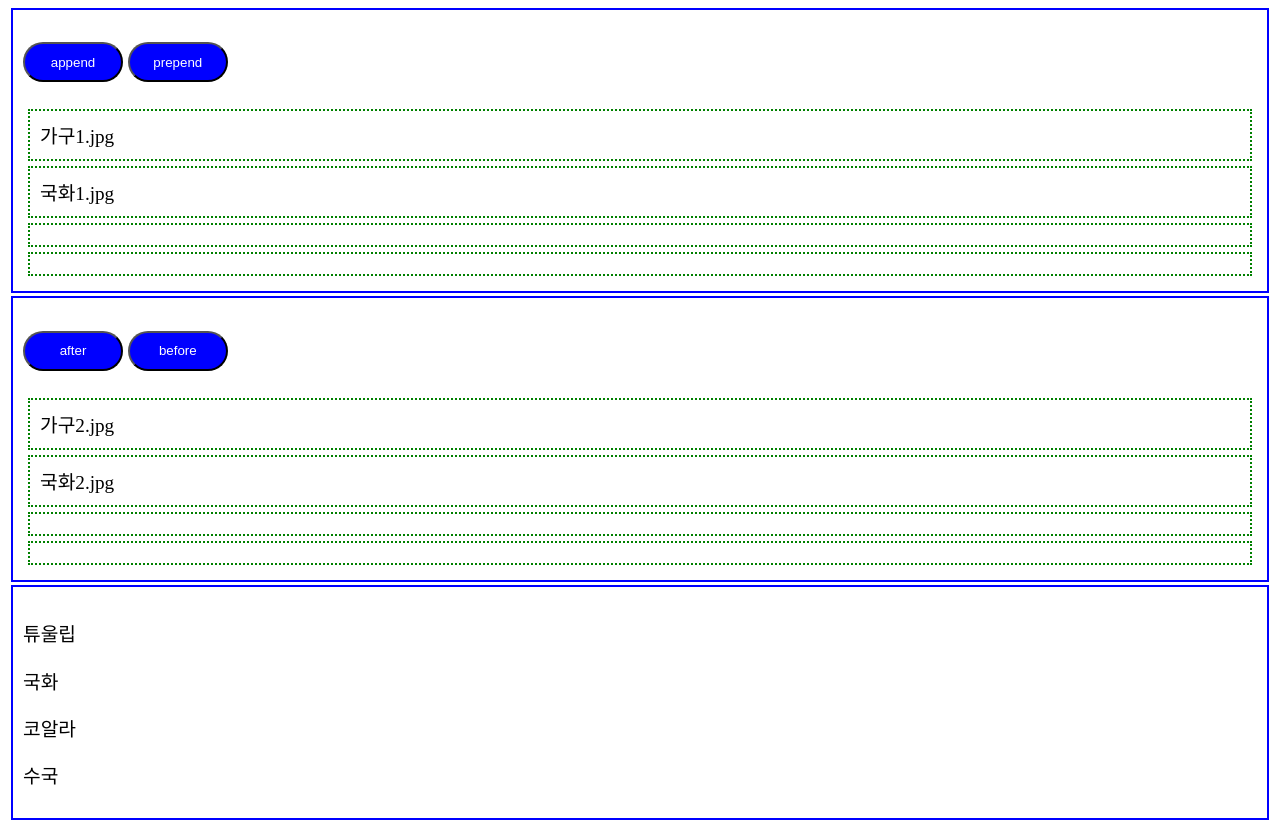
Repository: patternlobe-stack/MY_repository
Page: webpro/src/main/webapp/0916/추가메소드.html
An editor plug-in stored every save of this project. The page is shown before and after the next save, followed by the edit.
The browser window is 1280 px wide. The pictures show the whole page.

Above is the page before, as saved 2025-09-16 06:05:11.

After the next save:
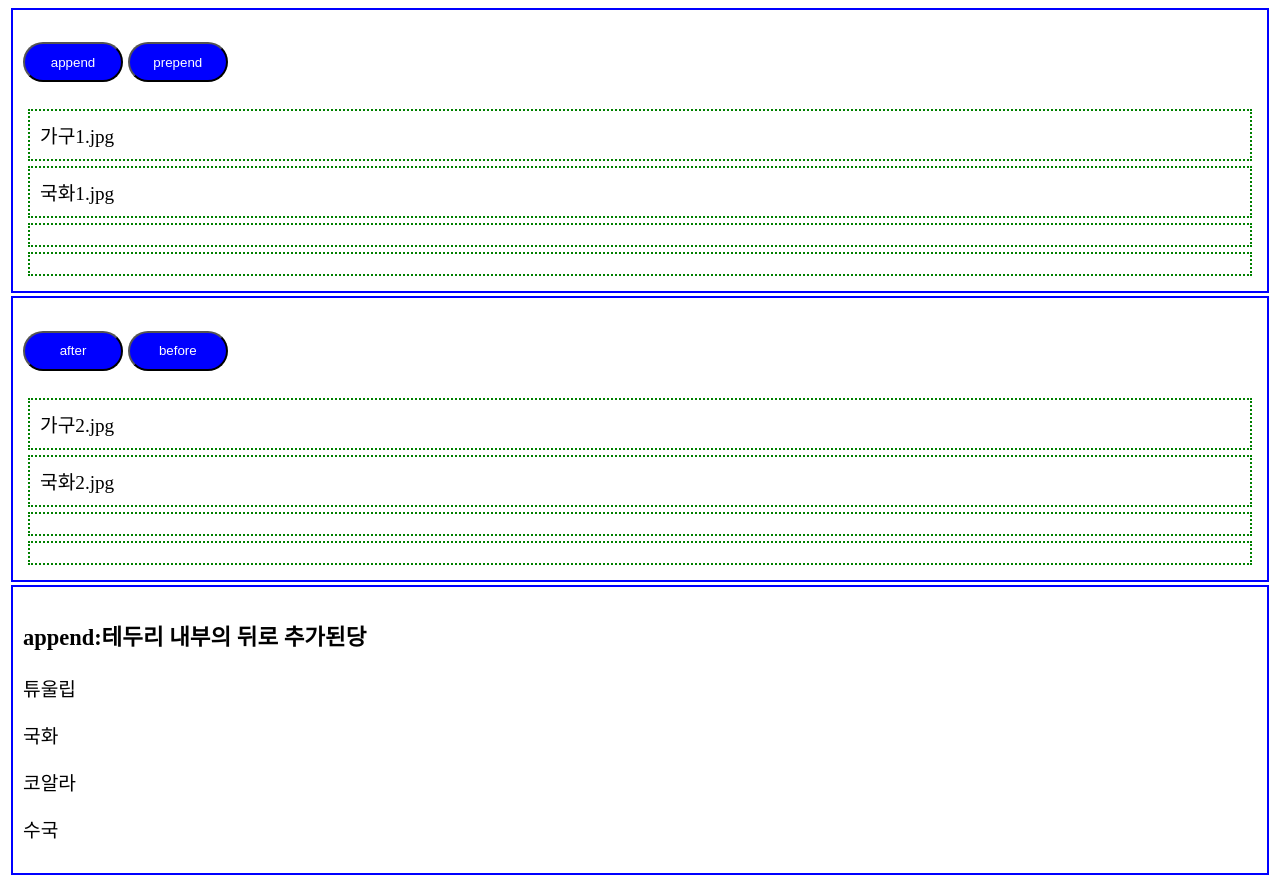
Saved 35 s later.
--- a/webpro/src/main/webapp/0916/추가메소드.html
+++ b/webpro/src/main/webapp/0916/추가메소드.html
@@ -88,6 +88,7 @@ $('#btn2').on('click', ()=>{
 
       <div class="box boxp">
       <h3>
+      append:테두리 내부의  뒤로 추가된당
       </h3>
           <p title="Tulips">튜울립</p>
 		  <p title="Chrysanthemum">국화</p>
